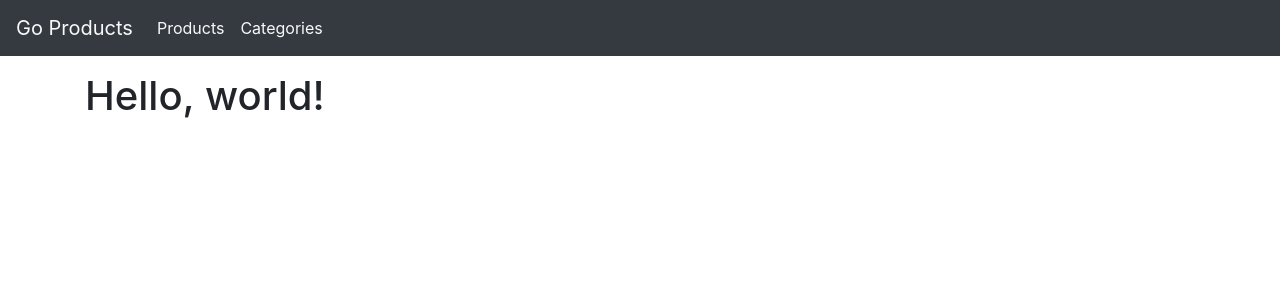
Repository: Nouthemoran/go-web-native-crud
Page: views/category/index.html
An editor plug-in stored every save of this project. The page is shown before and after the next save, followed by the edit.
The browser window is 1280 px wide. The pictures show the whole page.

Above is the page before, as saved 2023-10-04 15:36:19.

### views/category/index.html
<!doctype html>
<html lang="en">
  <head>
    <!-- Required meta tags -->
    <meta charset="utf-8">
    <meta name="viewport" content="width=device-width, initial-scale=1, shrink-to-fit=no">

    <!-- Bootstrap CSS -->
    <link rel="stylesheet" href="https://cdn.jsdelivr.net/npm/bootstrap@4.3.1/dist/css/bootstrap.min.css" integrity="sha384-ggOyR0iXCbMQv3Xipma34MD+dH/1fQ784/j6cY/iJTQUOhcWr7x9JvoRxT2MZw1T" crossorigin="anonymous">

    <title>golang project</title>
  </head>
  <body>
    <!-- Navbar -->
    <nav class="navbar navbar-expand-lg bg-dark">
        <a class="navbar-brand text-light" href="#">Go Products</a>
        <button class="navbar-toggler" type="button" data-toggle="collapse" data-target="#navbarNav" aria-controls="navbarNav" aria-expanded="false" aria-label="Toggle navigation">
          <span class="navbar-toggler-icon"></span>
        </button>
        <div class="collapse navbar-collapse" id="navbarNav">
          <ul class="navbar-nav ms-auto">
            <li class="nav-item active">
              <a class="nav-link text-light" href="/products">Products<span class="sr-only">(current)</span></a>
            </li>
            <li class="nav-item">
              <a class="nav-link text-light" href="/categories">Categories</a>
            </li>
          </ul>
        </div>
      </nav>
    <!-- End of Navbar -->

    <div class="container mt-3">
        <h1>Hello, world!</h1>

    </div>

    <!-- Optional JavaScript -->
    <!-- jQuery first, then Popper.js, then Bootstrap JS -->
    <script src="https://code.jquery.com/jquery-3.3.1.slim.min.js" integrity="sha384-q8i/X+965DzO0rT7abK41JStQIAqVgRVzpbzo5smXKp4YfRvH+8abtTE1Pi6jizo" crossorigin="anonymous"></script>
    <script src="https://cdn.jsdelivr.net/npm/popper.js@1.14.7/dist/umd/popper.min.js" integrity="sha384-UO2eT0CpHqdSJQ6hJty5KVphtPhzWj9WO1clHTMGa3JDZwrnQq4sF86dIHNDz0W1" crossorigin="anonymous"></script>
    <script src="https://cdn.jsdelivr.net/npm/bootstrap@4.3.1/dist/js/bootstrap.min.js" integrity="sha384-JjSmVgyd0p3pXB1rRibZUAYoIIy6OrQ6VrjIEaFf/nJGzIxFDsf4x0xIM+B07jRM" crossorigin="anonymous"></script>
  </body>
</html>

After the next save:
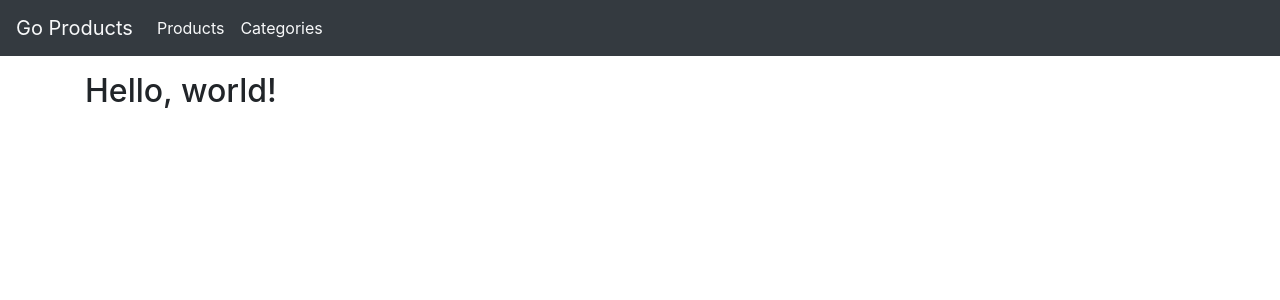
Saved 7 s later.
--- a/views/category/index.html
+++ b/views/category/index.html
@@ -31,7 +31,7 @@
     <!-- End of Navbar -->
 
     <div class="container mt-3">
-        <h1>Hello, world!</h1>
+        <h2>Hello, world!</h2>
 
     </div>
 
